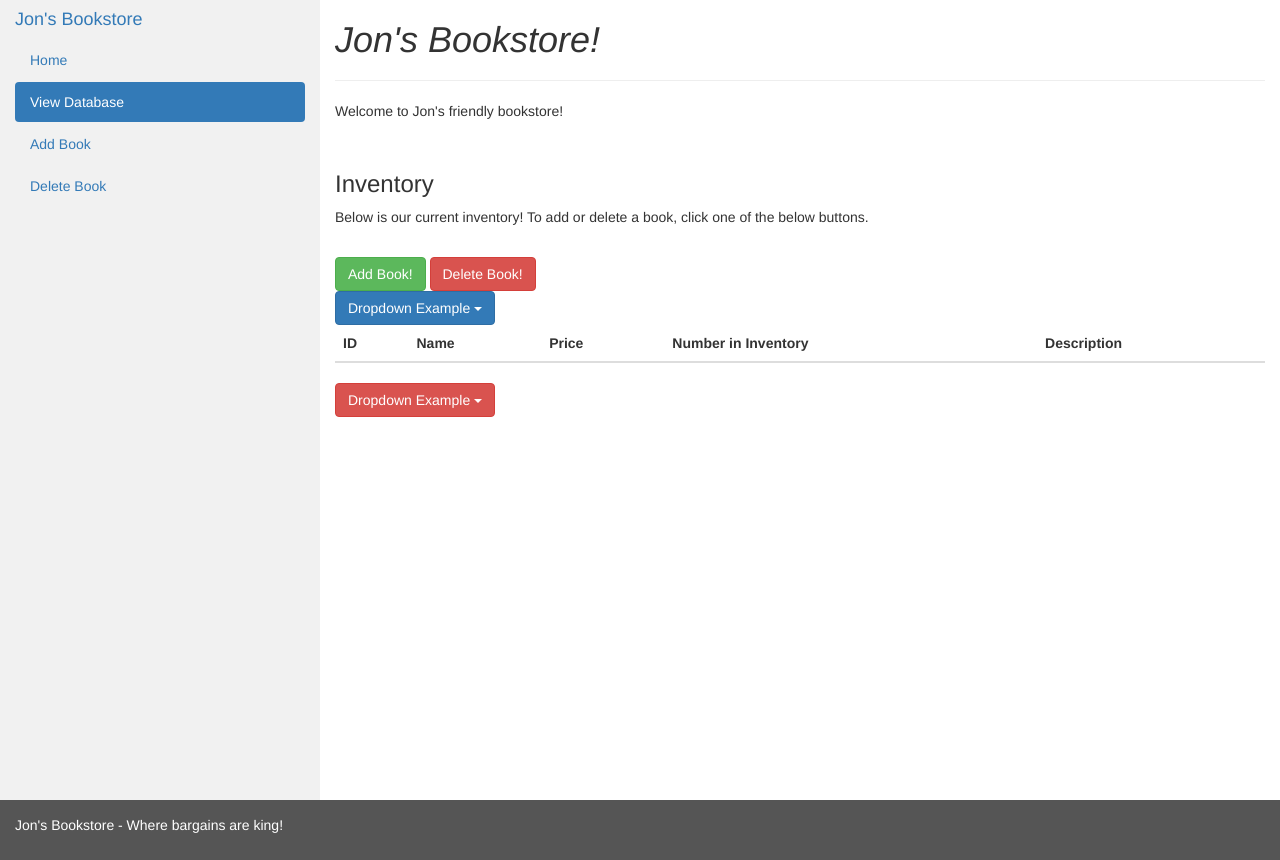
Repository: Inferno51/bookstoreproject
Page: http://localhost/bookstore/readfromdb.jsp
An editor plug-in stored every save of this project. The page is shown before and after the next save, followed by the edit.
The browser window is 1280 px wide. The pictures show the whole page.
The page is served by Tomcat 9. Queries for data that is not in the repository find no rows.

Above is the page before, as saved 2016-09-02 17:19:05.

After the next save:
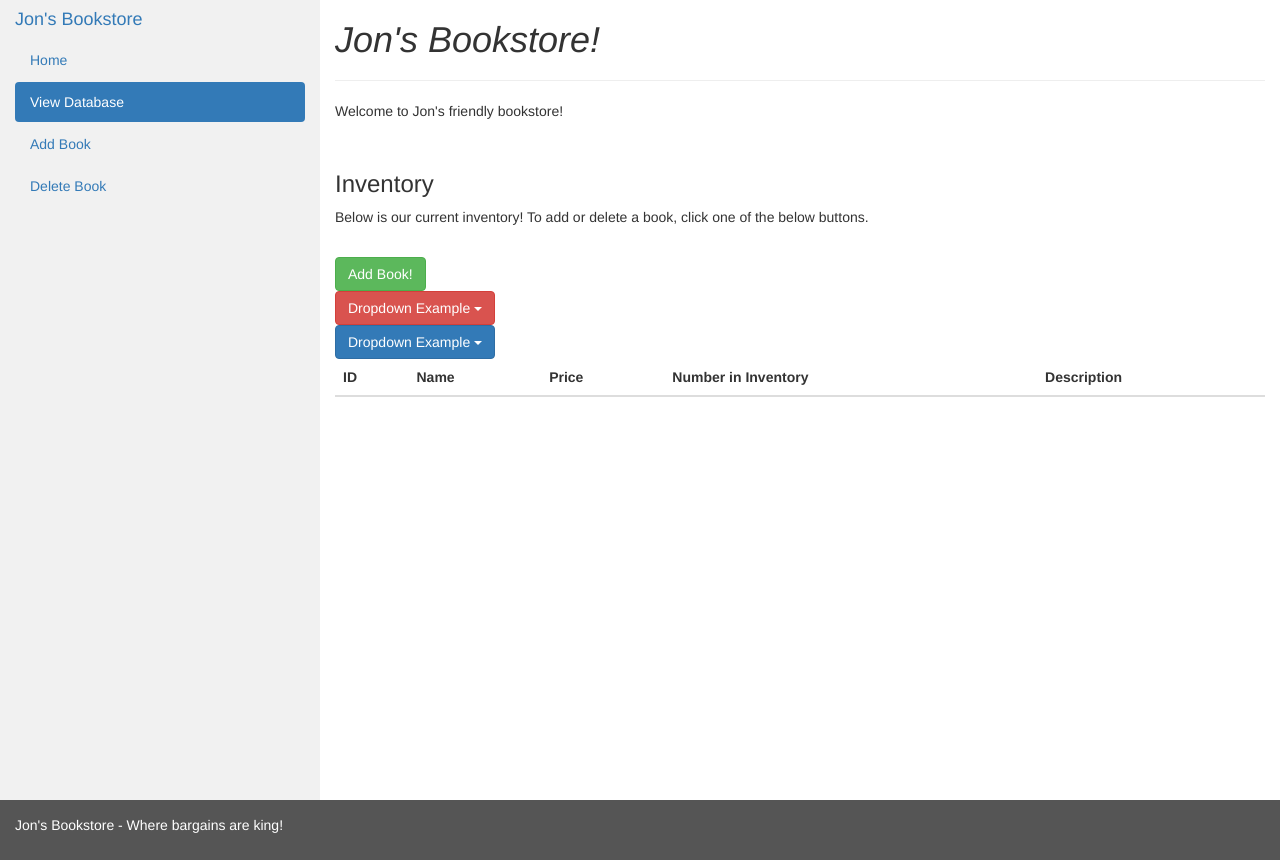
Saved 15 s later.
--- a/bookstore/src/main/webapp/readfromdb.jsp
+++ b/bookstore/src/main/webapp/readfromdb.jsp
@@ -45,7 +45,15 @@
 						click one of the below buttons.</p>
 					<br>
 					<a href="addbook.html" class="btn btn-success" role="button">Add Book!</a>
-					<a href="deletebook.html" class="btn btn-danger" role="button">Delete Book!</a>
+					<div class="dropdown">
+					    <button class="btn btn-danger dropdown-toggle" type="button" data-toggle="dropdown">Dropdown Example
+					    <span class="caret"></span></button>
+					    <ul class="dropdown-menu">
+					      <li><a href="#">HTML</a></li>
+					      <li><a href="#">CSS</a></li>
+					      <li><a href="#">JavaScript</a></li>
+					    </ul>
+				  	</div>
 
 					<div class="dropdown">
 					    <button class="btn btn-primary dropdown-toggle" type="button" data-toggle="dropdown">Dropdown Example
@@ -92,15 +100,7 @@
 
 						</tbody>
 					</table>
-					<div class="dropdown">
-					    <button class="btn btn-danger dropdown-toggle" type="button" data-toggle="dropdown">Dropdown Example
-					    <span class="caret"></span></button>
-					    <ul class="dropdown-menu">
-					      <li><a href="#">HTML</a></li>
-					      <li><a href="#">CSS</a></li>
-					      <li><a href="#">JavaScript</a></li>
-					    </ul>
-				  	</div>
+
 			</div>
 		</div>
 	</div>
